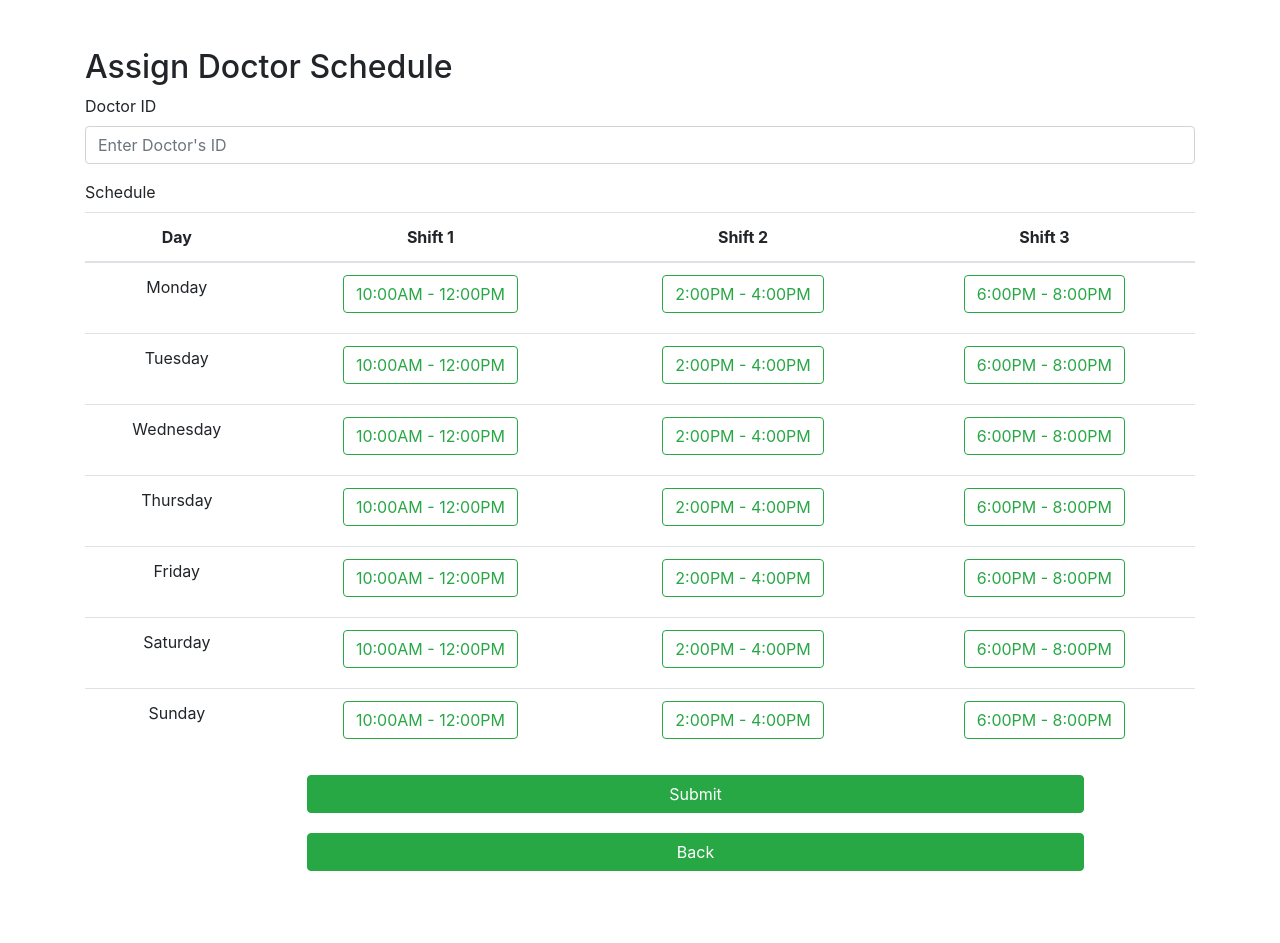
Repository: theonlymono/FitfinityHealthcareWebsiteJ2EE
Page: http://localhost/Fitfinity/DrSchedule.jsp
An editor plug-in stored every save of this project. The page is shown before and after a run of saves, followed by the edit.
The browser window is 1280 px wide. The pictures show the whole page.
Some web libraries are served in a nearby version. The page is served by Tomcat 9. Other server files are loaded and not shown.

Above is the page before, as saved 2024-02-27 18:27:07.

### fitfinity/Fitfinity/WebContent/DrSchedule.jsp
<%@ page language="java" contentType="text/html; charset=UTF-8" pageEncoding="UTF-8"%>
<!DOCTYPE html>
<html lang="en">
<head>
  <meta charset="UTF-8">
  <meta name="viewport" content="width=device-width, initial-scale=1.0">
  <title>Assign Doctor Schedule</title>
  <!-- Bootstrap CSS -->
  <link href="https://stackpath.bootstrapcdn.com/bootstrap/4.5.2/css/bootstrap.min.css" rel="stylesheet">
  <!-- Custom CSS -->
  <style>
    /* Add custom styles here */
    .shift-btn {
      margin-right: 10px;
      margin-bottom: 5px;
      display: none; /* Hide actual checkboxes */
    }
    .shift-btn.active-label {
      background-color: #007bff;
      color: #fff;
    }
    .shift-btn.active-label::before {
      content: "✔"; /* Display checkmark */
      margin-right: 5px;
    }
    .shift-btn:checked + label {
      background-color: #007bff;
      color: #fff;
    }
    th {
      text-align: center;
    }
    td {
      text-align: center;
    }
    .ddd{
     te
    }
  </style>
</head>
<body>
  <div class="container">
    <h2 class="mt-5">Assign Doctor Schedule</h2>
    <form action="AddDoctorSchedule" method="post">
      <div class="form-group">
        <label for="doctorID">Doctor ID</label>
        <input type="text" class="form-control" id="doctorID" name="doctorID" placeholder="Enter Doctor's ID">
      </div>
      <div class="form-group">
        <label>Schedule</label>
        <table class="table">
          <thead>
            <tr>
              <th>Day</th>
              <th>Shift 1</th>
              <th>Shift 2</th>
              <th>Shift 3</th>
            </tr>
          </thead>
          <tbody>
            <tr>
              <td>Monday</td>
              <td>
                <input type="checkbox" id="mondayShift1" class="shift-btn" name="shift" value="Monday,10:00AM - 12:00PM">
                <label for="mondayShift1" class="btn btn-outline-success shift-btn-label">10:00AM - 12:00PM</label>
              </td>
              <td>
                <input type="checkbox" id="mondayShift2" class="shift-btn" name="shift" value="Monday,2:00PM - 4:00PM">
                <label for="mondayShift2" class="btn btn-outline-success shift-btn-label">2:00PM - 4:00PM</label>
              </td>
              <td>
                <input type="checkbox" id="mondayShift3" class="shift-btn" name="shift" value="Monday,6:00PM - 8:00PM">
                <label for="mondayShift3" class="btn btn-outline-success shift-btn-label">6:00PM - 8:00PM</label>
              </td>
            </tr>
            <!-- Repeat rows for other days -->
            <!-- Tuesday -->
            <tr>
              <td>Tuesday</td>
              <td>
                <input type="checkbox" id="tuesdayShift1" class="shift-btn" name="shift" value="Tuesday,10:00AM - 12:00PM">
                <label for="tuesdayShift1" class="btn btn-outline-success shift-btn-label">10:00AM - 12:00PM</label>
              </td>
              <td>
                <input type="checkbox" id="tuesdayShift2" class="shift-btn" name="shift" value="Tuesday,2:00PM - 4:00PM">
                <label for="tuesdayShift2" class="btn btn-outline-success shift-btn-label">2:00PM - 4:00PM</label>
              </td>
              <td>
                <input type="checkbox" id="tuesdayShift3" class="shift-btn" name="shift" value="Tuesday,6:00PM - 8:00PM">
                <label for="tuesdayShift3" class="btn btn-outline-success shift-btn-label">6:00PM - 8:00PM</label>
              </td>
            </tr>
            <!-- Repeat rows for other days -->
            <!-- Wednesday -->
            <tr>
              <td>Wednesday</td>
              <td>
                <input type="checkbox" id="wednesdayShift1" class="shift-btn" name="shift" value="Wednesday,10:00AM - 12:00PM">
                <label for="wednesdayShift1" class="btn btn-outline-success shift-btn-label">10:00AM - 12:00PM</label>
              </td>
              <td>
                <input type="checkbox" id="wednesdayShift2" class="shift-btn" name="shift" value="Wednesday,2:00PM - 4:00PM">
                <label for="wednesdayShift2" class="btn btn-outline-success shift-btn-label">2:00PM - 4:00PM</label>
              </td>
              <td>
                <input type="checkbox" id="wednesdayShift3" class="shift-btn" name="shift" value="Wednesday,6:00PM - 8:00PM">
                <label for="wednesdayShift3" class="btn btn-outline-success shift-btn-label">6:00PM - 8:00PM</label>
              </td>
            </tr>
            <!-- Repeat rows for other days -->
            <!-- Thursday -->
            <tr>
              <td>Thursday</td>
              <td>
                <input type="checkbox" id="thursdayShift1" class="shift-btn" name="shift" value="Thursday,10:00AM - 12:00PM">
                <label for="thursdayShift1" class="btn btn-outline-success shift-btn-label">10:00AM - 12:00PM</label>
              </td>
              <td>
                <input type="checkbox" id="thursdayShift2" class="shift-btn" name="shift" value="Thursday,2:00PM - 4:00PM">
                <label for="thursdayShift2" class="btn btn-outline-success shift-btn-label">2:00PM - 4:00PM</label>
              </td>
              <td>
                <input type="checkbox" id="thursdayShift3" class="shift-btn" name="shift" value="Thursday,6:00PM - 8:00PM">
                <label for="thursdayShift3" class="btn btn-outline-success shift-btn-label">6:00PM - 8:00PM</label>
              </td>
            </tr>
            <!-- Repeat rows for other days -->
            <!-- Friday -->
            <tr>
              <td>Friday</td>
              <td>
                <input type="checkbox" id="fridayShift1" class="shift-btn" name="shift" value="Friday,10:00AM - 12:00PM">
                <label for="fridayShift1" class="btn btn-outline-success shift-btn-label">10:00AM - 12:00PM</label>
              </td>
              <td>
                <input type="checkbox" id="fridayShift2" class="shift-btn" name="shift" value="Friday,2:00PM - 4:00PM">
                <label for="fridayShift2" class="btn btn-outline-success shift-btn-label">2:00PM - 4:00PM</label>
              </td>
              <td>
                <input type="checkbox" id="fridayShift3" class="shift-btn" name="shift" value="Friday,6:00PM - 8:00PM">
                <label for="fridayShift3" class="btn btn-outline-success shift-btn-label">6:00PM - 8:00PM</label>
              </td>
            </tr>
            <!-- Repeat rows for other days -->
            <!-- Saturday -->
            <tr>
              <td>Saturday</td>
              <td>
                <input type="checkbox" id="saturdayShift1" class="shift-btn" name="shift" value="Saturday,10:00AM - 12:00PM">
                <label for="saturdayShift1" class="btn btn-outline-success shift-btn-label">10:00AM - 12:00PM</label>
              </td>
              <td>
                <input type="checkbox" id="saturdayShift2" class="shift-btn" name="shift" value="Saturday,2:00PM - 4:00PM">
                <label for="saturdayShift2" class="btn btn-outline-success shift-btn-label">2:00PM - 4:00PM</label>
              </td>
              <td>
                <input type="checkbox" id="saturdayShift3" class="shift-btn" name="shift" value="Saturday,6:00PM - 8:00PM">
                <label for="saturdayShift3" class="btn btn-outline-success shift-btn-label">6:00PM - 8:00PM</label>
              </td>
            </tr>
            <!-- Repeat rows for other days -->
            <!-- Sunday -->
            <tr>
              <td>Sunday</td>
              <td>
                <input type="checkbox" id="sundayShift1" class="shift-btn" name="shift" value="Sunday,10:00AM - 12:00PM">
                <label for="sundayShift1" class="btn btn-outline-success shift-btn-label">10:00AM - 12:00PM</label>
              </td>
              <td>
                <input type="checkbox" id="sundayShift2" class="shift-btn" name="shift" value="Sunday,2:00PM - 4:00PM">
                <label for="sundayShift2" class="btn btn-outline-success shift-btn-label">2:00PM - 4:00PM</label>
              </td>
              <td>
                <input type="checkbox" id="sundayShift3" class="shift-btn" name="shift" value="Sunday,6:00PM - 8:00PM">
                <label for="sundayShift3" class="btn btn-outline-success shift-btn-label">6:00PM - 8:00PM</label>
              </td>
            </tr>
          </tbody>
        </table>
      </div>
      <button style="margin-left: 20%; width: 70%; " type="submit" class="btn btn-success">Submit</button>
    </form>
    <button style="margin-top: 20px; margin-left: 20%; width: 70%; " type="submit" class="btn btn-success">Back</button>
    <br>
    <br>
    <br>
    <br>
  </div>

  <!-- Bootstrap JS -->
  <script src="https://code.jquery.com/jquery-3.5.1.slim.min.js"></script>
  <script src="https://cdn.jsdelivr.net/npm/@popperjs/core@2.5.4/dist/umd/popper.min.js"></script>
  <script src="https://stackpath.bootstrapcdn.com/bootstrap/4.5.2/js/bootstrap.min.js"></script>
  <!-- Custom JS -->
  <script>
    // Disable selecting other shifts in the same day once one shift is selected
    $('.shift-btn').click(function() {
      var day = $(this).parent().prevAll('td').last().text().trim();
      $('.shift-btn').each(function() {
        if ($(this).parent().prevAll('td').last().text().trim() === day && $(this).hasClass('active')) {
          $(this).prop('checked', false);
          $(this).removeClass('active');
        }
      });
      $(this).addClass('active');
    });
  </script>
</body>
</html>

After the next 2 saves:
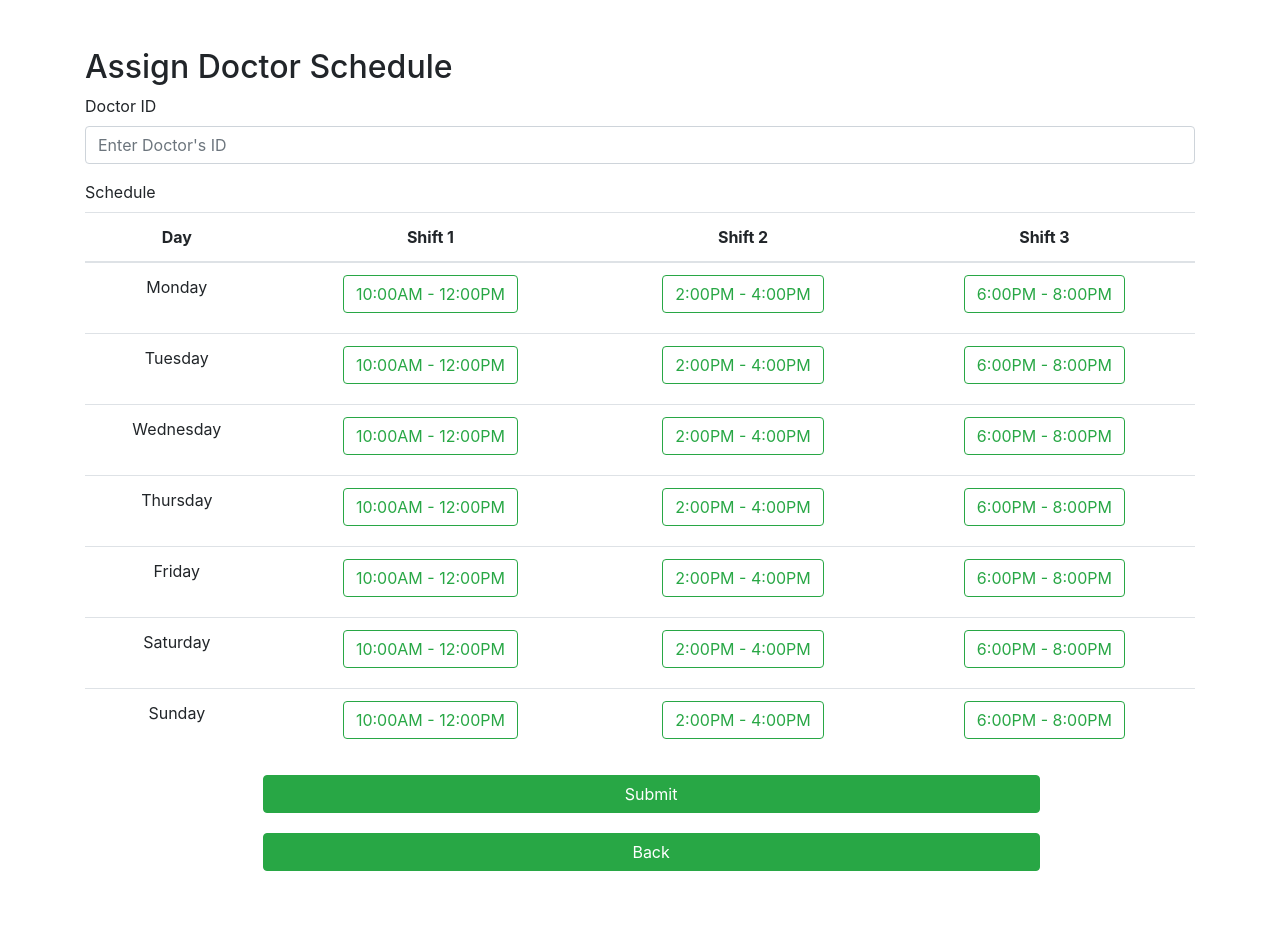
The 2 saves are shown as one change because they came seconds apart.
The last was saved 11 s later.
--- a/fitfinity/Fitfinity/WebContent/DrSchedule.jsp
+++ b/fitfinity/Fitfinity/WebContent/DrSchedule.jsp
@@ -178,9 +178,9 @@
           </tbody>
         </table>
       </div>
-      <button style="margin-left: 20%; width: 70%; " type="submit" class="btn btn-success">Submit</button>
+      <button style="margin-left: 16%; width: 70%; " type="submit" class="btn btn-success">Submit</button>
     </form>
-    <button style="margin-top: 20px; margin-left: 20%; width: 70%; " type="submit" class="btn btn-success">Back</button>
+    <button style="margin-top: 20px; margin-left: 16%; width: 70%; " type="submit" class="btn btn-success">Back</button>
     <br>
     <br>
     <br>
